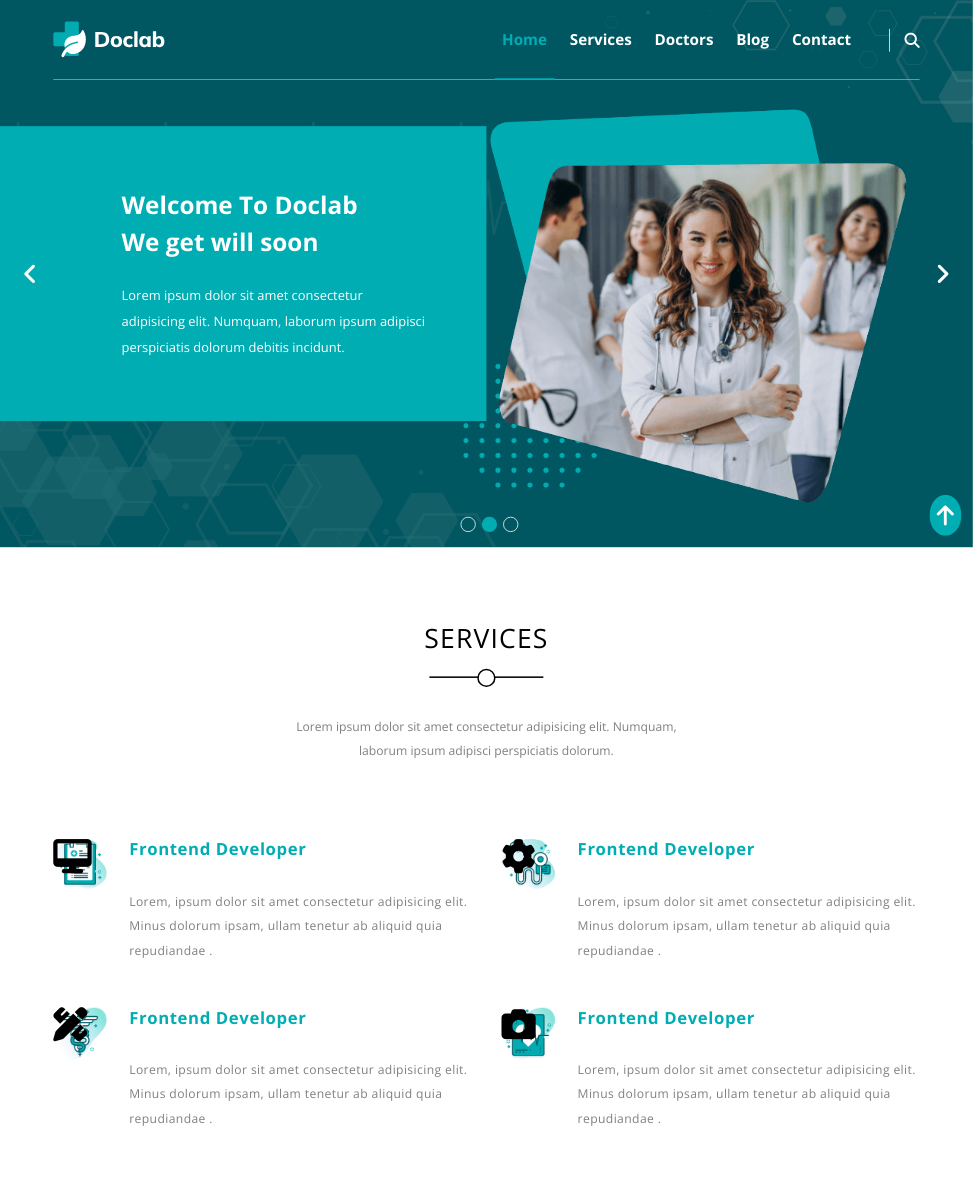
Repository: Ahmed123rezk123/Clinic
Page: index.html
These files come from the project's save history. The page is drawn as it stood at one moment and after a run of saves; the edit follows.
The browser window is 1280 px wide. The pictures show the part of the page from y = 0 to 1567 px (the page is 9134 px tall), at 76% of full size.
A picture or video elsewhere on the page could not be fetched, so the positions and the page height are approximate. Some web fonts or font styles are not loaded; a fallback is used.

Above is the page before, as saved 2024-04-17 21:09:49.

After the next 2 saves:
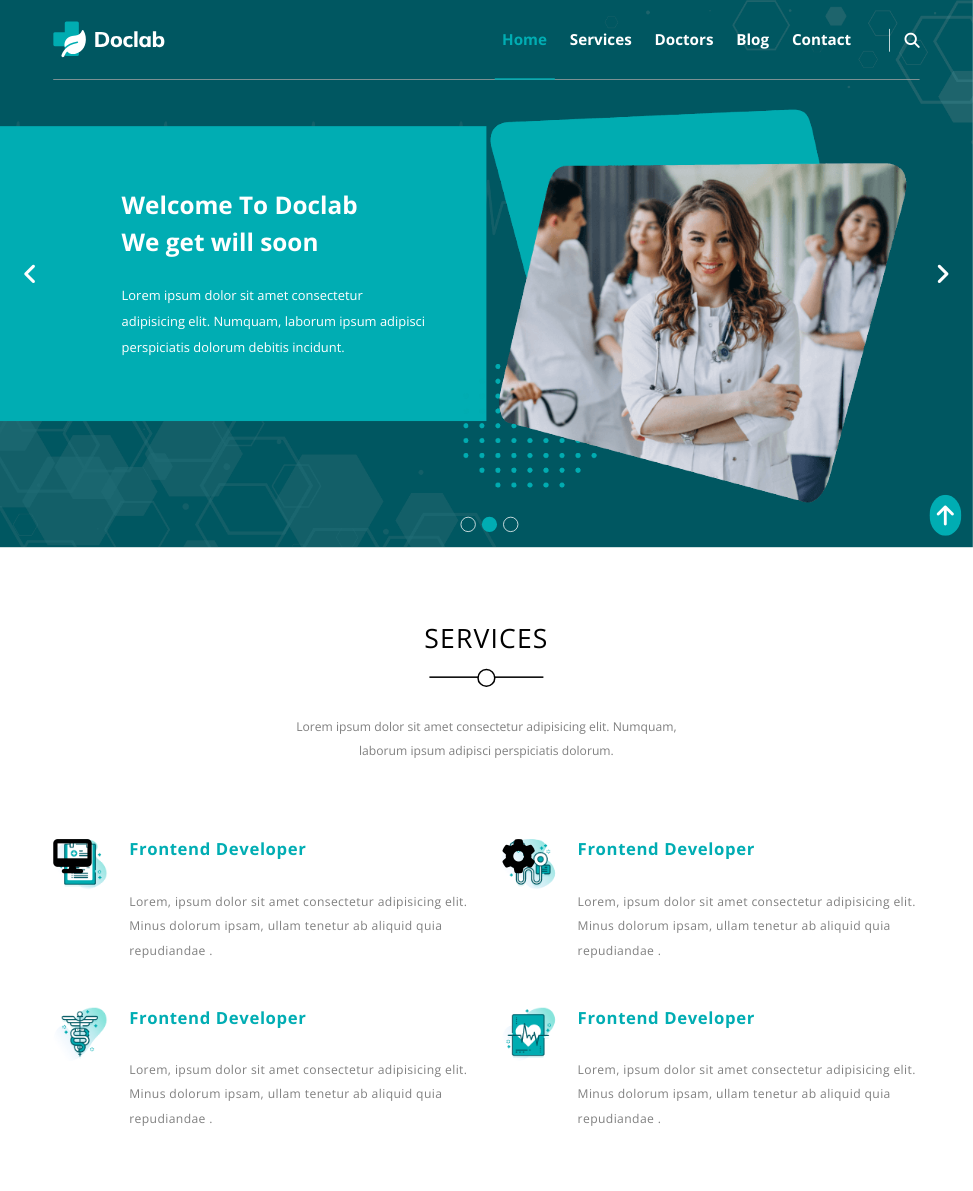
The 2 saves are shown as one change because they came seconds apart.
The last was saved 14 s later.
--- a/index.html
+++ b/index.html
@@ -103,7 +103,6 @@
           </div>
           <div class="div-content">
             <img src="images/icon-3.png" alt="">
-            <i class="fas fa-pencil-ruler"></i>
             <div class="text">
               <h2>Frontend Developer</h2>
               <p>
@@ -114,7 +113,6 @@
           </div>
           <div class="div-content">
             <img src="images/icon-4.png" alt="">
-            <i class="fas fa-camera"></i>
             <div class="text">
               <h2>Frontend Developer</h2>
               <p>
